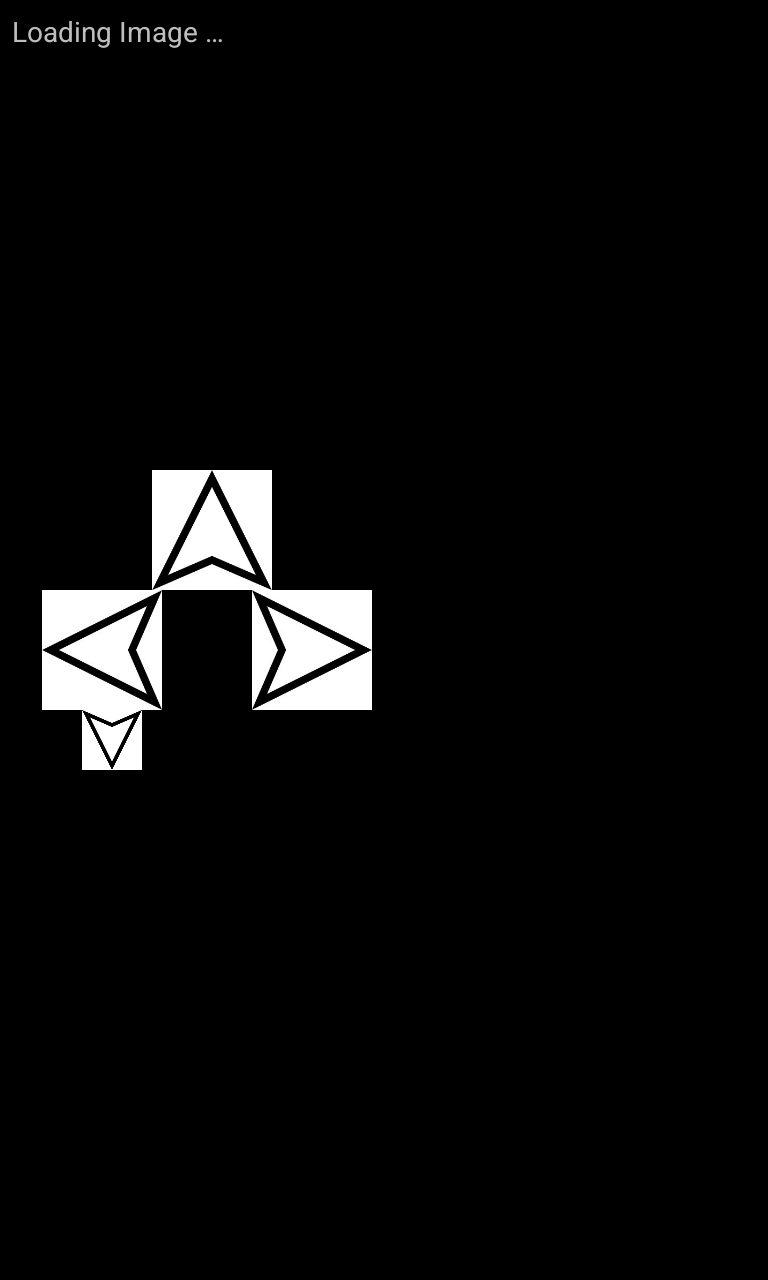
Repository: mintuhouse/AndroidBasedTennisBallCollector_group14_cs308_2012
Layout: android/RemoteTennisBallCollector/res/layout/main.xml
These files come from the project's save history. The layout is drawn as it stood at one moment and after the next save; the edit follows.
It is drawn on a 768 x 1280 px phone screen (xhdpi) without system bars, with theme android:Theme; the app's code is not run.

Above is the layout before, as saved 2012-04-07 14:52:31.

After the next save:
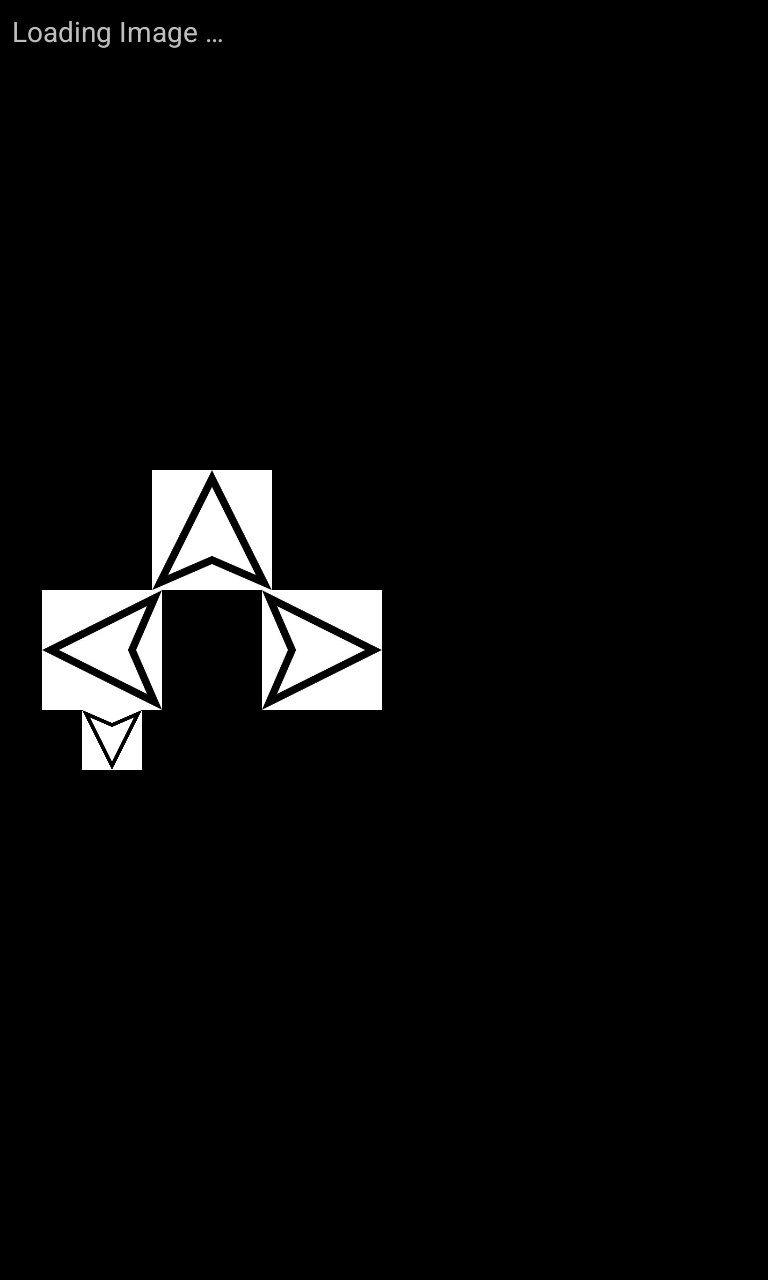
Saved 29 s later.
--- a/android/RemoteTennisBallCollector/res/layout/main.xml
+++ b/android/RemoteTennisBallCollector/res/layout/main.xml
@@ -62,7 +62,7 @@
 	       	   	android:contentDescription="@string/rightarrow"
 	       	 	android:layout_width="60dp"
 	       	 	android:layout_height="60dp"
-	       	 	android:layout_marginLeft="45dp"
+	       	 	android:layout_marginLeft="50dp"
 	       	 	android:background="@drawable/rightarrow"
 	       	 />
        	</LinearLayout>
